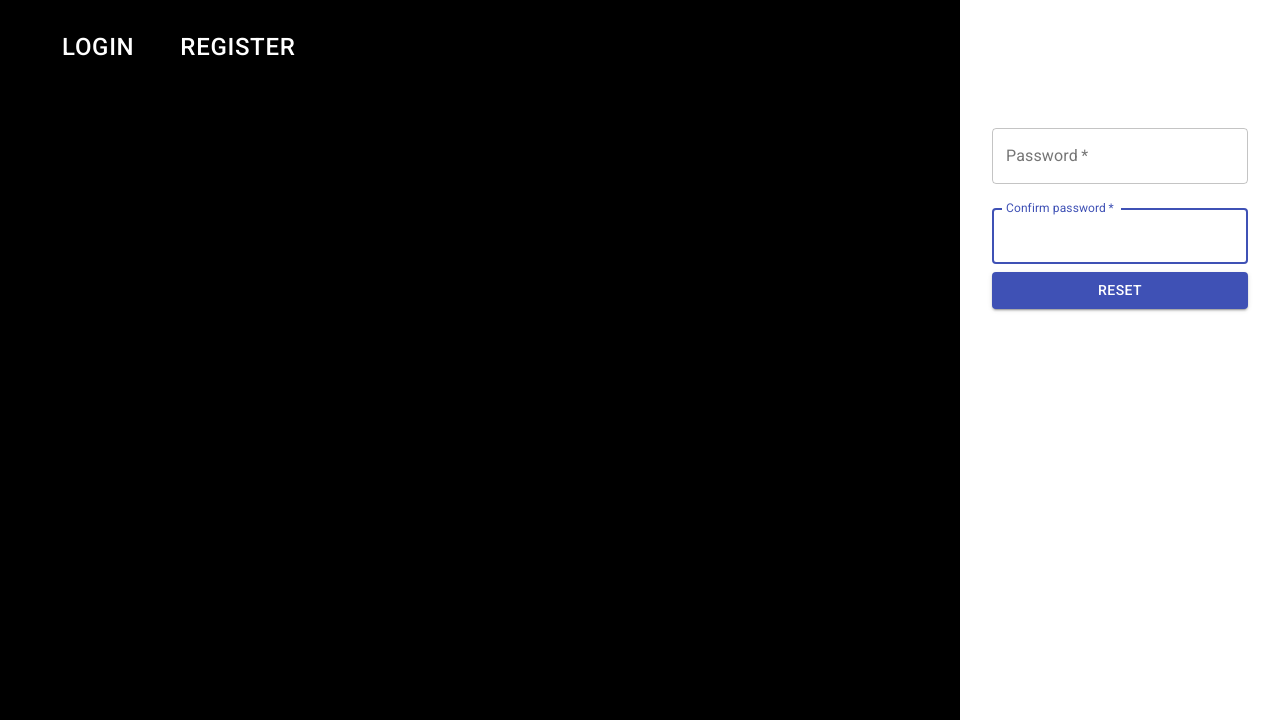
Repository: claudiuotea/FrontendAugmentator
Page: /resetpass
These files come from the project's save history. The page is drawn as it stood at one moment and after the next save; the edit follows.
The browser window is 1280 px wide. The pictures show the whole page.
The project was rebuilt for these pictures with package versions that can differ from the ones it lists, and the page was loaded fresh each time. Also part of the build but not shown: src/Components/Login.tsx, src/Components/Register.tsx, src/Components/ForgotPassword.tsx, src/Components/VerifyAccount.tsx.

Above is the page before, as saved 2021-05-11 20:00:52.

### public/index.html
<!DOCTYPE html>
<html lang="en">
  <head>
    <meta charset="utf-8" />
    <link rel="icon" href="%PUBLIC_URL%/favicon.ico" />
    <meta name="viewport" content="width=device-width, initial-scale=1" />
    <link rel="stylesheet" href="https://fonts.googleapis.com/css?family=Roboto:300,400,500,700&display=swap" />
    <link rel="stylesheet" href="https://fonts.googleapis.com/icon?family=Material+Icons" />
    <meta name="theme-color" content="#000000" />
    <meta
      name="description"
      content="Web site created using create-react-app"
    />
    <link rel="apple-touch-icon" href="%PUBLIC_URL%/logo192.png" />
    <!--
      manifest.json provides metadata used when your web app is installed on a
      user's mobile device or desktop. See https://developers.google.com/web/fundamentals/web-app-manifest/
    -->
    <link rel="manifest" href="%PUBLIC_URL%/manifest.json" />
    <!--
      Notice the use of %PUBLIC_URL% in the tags above.
      It will be replaced with the URL of the `public` folder during the build.
      Only files inside the `public` folder can be referenced from the HTML.

      Unlike "/favicon.ico" or "favicon.ico", "%PUBLIC_URL%/favicon.ico" will
      work correctly both with client-side routing and a non-root public URL.
      Learn how to configure a non-root public URL by running `npm run build`.
    -->
    <title>React App</title>
  </head>
  <body>
    <noscript>You need to enable JavaScript to run this app.</noscript>
    <div id="root"></div>
    <!--
      This HTML file is a template.
      If you open it directly in the browser, you will see an empty page.

      You can add webfonts, meta tags, or analytics to this file.
      The build step will place the bundled scripts into the <body> tag.

      To begin the development, run `npm start` or `yarn start`.
      To create a production bundle, use `npm run build` or `yarn build`.
    -->
  </body>
</html>

### src/App.tsx
import './App.css';
import { AppRoutes } from './Routes/AppRoutes';

function App() {
  return (
    <AppRoutes/>
  );
}

export default App;

### src/App.css
*{
  margin:0;
  padding:0;
}

.App {
  text-align: center;
}

.App-logo {
  height: 40vmin;
  pointer-events: none;
}

@media (prefers-reduced-motion: no-preference) {
  .App-logo {
    animation: App-logo-spin infinite 20s linear;
  }
}

.App-header {
  background-color: #282c34;
  min-height: 100vh;
  display: flex;
  flex-direction: column;
  align-items: center;
  justify-content: center;
  font-size: calc(10px + 2vmin);
  color: white;
}

.App-link {
  color: #61dafb;
}

@keyframes App-logo-spin {
  from {
    transform: rotate(0deg);
  }
  to {
    transform: rotate(360deg);
  }
}

### src/Routes/AppRoutes.tsx
import React from "react";
import { Suspense } from "react";
import { Login } from "../Components/Login";
import { BrowserRouter as Router, Switch, Route } from "react-router-dom";
import { Register } from "../Components/Register";
import { ForgotPassword } from "../Components/ForgotPassword";
import { ResetPassword } from "../Components/ResetPassword";
import { VerifyAccount } from "../Components/VerifyAccount";
import { NavbarNotLogged } from "../Components/NavbarNotLoggedIn";

export const AppRoutes: React.FunctionComponent<{}> = () => {
  return (
    <Router>
      <NavbarNotLogged/>
      <Suspense fallback={<div>Loading...</div>}>
        <Switch>
          <Route path="/account">
            <div>
              da
            </div>
          </Route>
          <Route path="/login">
            <Login />
          </Route>
          <Route path="/register">
            <Register />
          </Route>
          <Route path="/forgotpass">
             <ForgotPassword/>
          </Route>
          <Route path="/resetpass">
             <ResetPassword/>
          </Route>
          <Route path="/verifyaccount">
             <VerifyAccount/>
          </Route>
        </Switch>
      </Suspense>
    </Router>
  );
};

### src/Components/ResetPassword.tsx
import { Button, Grid, makeStyles, TextField } from "@material-ui/core";
import React, { useState} from "react";
import AccountService from "../Services/AccountService";
import {useLocation} from "react-router-dom"
import queryString from 'query-string'
import { ResetPasswordInterface } from "../Models/Interfaces";

//Creez un obiect CSS
const useStyles = makeStyles((theme) => ({
  root: {
    flexGrow: 1,
  },
  //100% inaltimea paginii
  gridItem: {
    height: "100vh",
  },
  //adauga niste spatiu si centreaza-le
  form: {
    margin: theme.spacing(4),
    verticalAlign: "middle",
    marginTop: "35%",
  },
}));


export const ResetPassword: React.FunctionComponent<any> = () => {
  //instantiez obiectul de css
  const classes = useStyles();
  //field-urile pt parola noua
  const [password, setPassword] = useState("");
  const [confirmPassword, setConfirmPassword] = useState("");
  //query string-ul din care iau datele (token-ul pt reset si public_id-ul lui)
  const {search} = useLocation();
  //parsez query string-ul ca sa obtin datele
  const {id, token} = queryString.parse(search)

  const onSubmit = async (event: any) => {
    if (password === confirmPassword) {
       //verificam daca parolele sunt identice si salvam datele pentru a le trimite la server
      const data: ResetPasswordInterface = {
        confirmPassword:confirmPassword,
        password: password,
        token:Array.isArray(token)?token[0]:token!,
        public_id:Array.isArray(id)?id[0]:id!
      };

      //trimite request la server
      AccountService.resetPassword(data)
        .then((resp) => {
          console.log(resp);
        })
        .catch((err) => {
          console.log(err);
        });
    }
    else{
       //MESSAGEBOX
       console.log("NU UITA MESSAGEBOX CA NU II BUNA PAROLA")
    }
  };
  return (
    //impart ecranul in 2 coloane
    <div className={classes.root + classes.gridItem}>
      <Grid container className={classes.gridItem}>
        <Grid item xs={12} sm={9} style={{ backgroundColor: "black" }}></Grid>
        <Grid item xs={12} sm={3}>
          <div className={classes.form}>
            <TextField
              variant="outlined"
              margin="normal"
              fullWidth
              required
              label="Password"
              name="password"
              value={password}
              autoFocus
              type="password"
              onChange={(e) => {
                setPassword(e.target.value);
              }}
            />
            <TextField
              variant="outlined"
              margin="normal"
              fullWidth
              required
              label="Confirm password"
              name="confirmPassword"
              value={confirmPassword}
              autoFocus
              type="password"
              onChange={(e) => {
                setConfirmPassword(e.target.value);
              }}
            />
            <Button
              fullWidth
              type="submit"
              variant="contained"
              color="primary"
              onClick={onSubmit}
            >
              Reset
            </Button>
          </div>
        </Grid>
      </Grid>
    </div>
  );
};

### src/Components/NavbarNotLoggedIn.tsx
import React from 'react';
import { makeStyles } from '@material-ui/core/styles';
import AppBar from '@material-ui/core/AppBar';
import Toolbar from '@material-ui/core/Toolbar';
import Typography from '@material-ui/core/Typography';
import Button from '@material-ui/core/Button';
import IconButton from '@material-ui/core/IconButton';
import MenuIcon from '@material-ui/icons/Menu';

const useStyles = makeStyles((theme) => ({
   root: {
     flexGrow: 1,
   },
   menuButton: {
     fontSize:24,
     marginLeft: 15,
     marginRight: 15
   },
   title: {
     flexGrow: 1,
   },
   appBar:{

      padding:15,
      backgroundColor: "transparent",
      boxShadow: "none"
   }
 }));

export const NavbarNotLogged: React.FunctionComponent<{}> = () => {
   //incarca CSS-ul
   const classes = useStyles();

   return (
    <AppBar position="fixed" className={classes.appBar}>
      <Toolbar>
        <Button color="inherit" className={classes.menuButton}>Login</Button>
        <Button color="inherit" className={classes.menuButton}>Register</Button>
      </Toolbar>
    </AppBar>
  );
};

### src/Services/AccountService.ts
import axios from "axios"
import { ForgotPasswordInterface, LoginInterface, RegisterInterface, ResetPasswordInterface, VerfiyAccountInterface } from "../Models/Interfaces"


export default class AccountService{
   private static readonly BASE_URL: string = "http://127.0.0.1:5000"

   static login = (data: LoginInterface) : Promise<any> =>{
      return axios.get(`${AccountService.BASE_URL}/login`, {
         auth: data
   })}

   static register = (data:RegisterInterface) : Promise<any> =>{
      return axios.post(`${AccountService.BASE_URL}/register`,data)
   }

   static forgotPassword = (data:ForgotPasswordInterface) : Promise<any> =>{
      return axios.post(`${AccountService.BASE_URL}/forgotpass`,data)
   }

   static resetPassword = (data:ResetPasswordInterface) : Promise<any> =>{
      //console.log(data)
      return axios.post(`${AccountService.BASE_URL}/resetpass`,data)
   }

   static verifyAccount = (data:VerfiyAccountInterface) : Promise<any> =>{
      return axios.post(`${AccountService.BASE_URL}/verifyaccount`,data)
   }

}

Loaded but not shown: src/index.tsx (common file); src/index.css (common file); src/reportWebVitals.ts (common file)

After the next save:
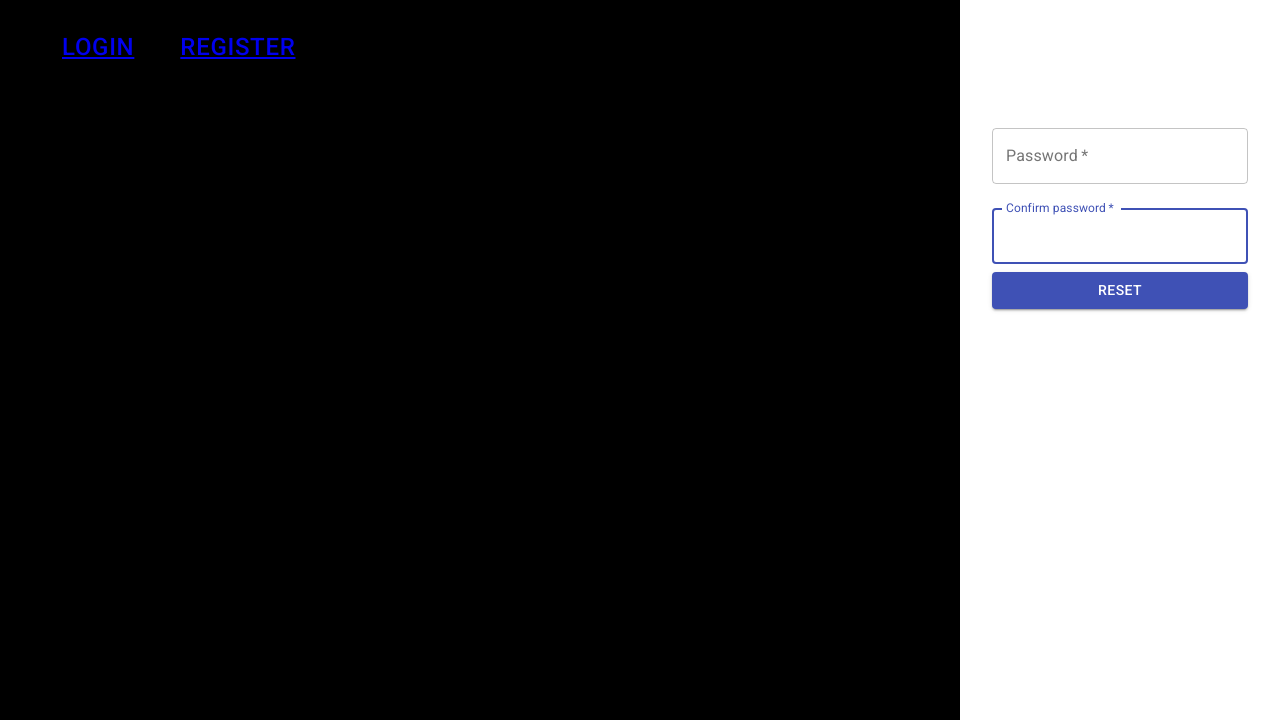
Saved 2 min 53 s later.
--- a/src/Components/NavbarNotLoggedIn.tsx
+++ b/src/Components/NavbarNotLoggedIn.tsx
@@ -1,41 +1,45 @@
-import React from 'react';
-import { makeStyles } from '@material-ui/core/styles';
-import AppBar from '@material-ui/core/AppBar';
-import Toolbar from '@material-ui/core/Toolbar';
-import Typography from '@material-ui/core/Typography';
-import Button from '@material-ui/core/Button';
-import IconButton from '@material-ui/core/IconButton';
-import MenuIcon from '@material-ui/icons/Menu';
+import React from "react";
+import { makeStyles } from "@material-ui/core/styles";
+import AppBar from "@material-ui/core/AppBar";
+import Toolbar from "@material-ui/core/Toolbar";
+import Typography from "@material-ui/core/Typography";
+import Button from "@material-ui/core/Button";
+import IconButton from "@material-ui/core/IconButton";
+import MenuIcon from "@material-ui/icons/Menu";
+import { Link } from "react-router-dom";
 
 const useStyles = makeStyles((theme) => ({
-   root: {
-     flexGrow: 1,
-   },
-   menuButton: {
-     fontSize:24,
-     marginLeft: 15,
-     marginRight: 15
-   },
-   title: {
-     flexGrow: 1,
-   },
-   appBar:{
-
-      padding:15,
-      backgroundColor: "transparent",
-      boxShadow: "none"
-   }
- }));
+  root: {
+    flexGrow: 1,
+  },
+  menuButton: {
+    fontSize: 24,
+    marginLeft: 15,
+    marginRight: 15,
+  },
+  title: {
+    flexGrow: 1,
+  },
+  appBar: {
+    padding: 15,
+    backgroundColor: "transparent",
+    boxShadow: "none",
+  },
+}));
 
 export const NavbarNotLogged: React.FunctionComponent<{}> = () => {
-   //incarca CSS-ul
-   const classes = useStyles();
+  //incarca CSS-ul
+  const classes = useStyles();
 
-   return (
+  return (
     <AppBar position="fixed" className={classes.appBar}>
       <Toolbar>
-        <Button color="inherit" className={classes.menuButton}>Login</Button>
-        <Button color="inherit" className={classes.menuButton}>Register</Button>
+        <Button color="inherit" className={classes.menuButton}>
+          <Link to="/login">Login</Link>
+        </Button>
+        <Button color="inherit" className={classes.menuButton}>
+          <Link to="/register">Register</Link>
+        </Button>
       </Toolbar>
     </AppBar>
   );
